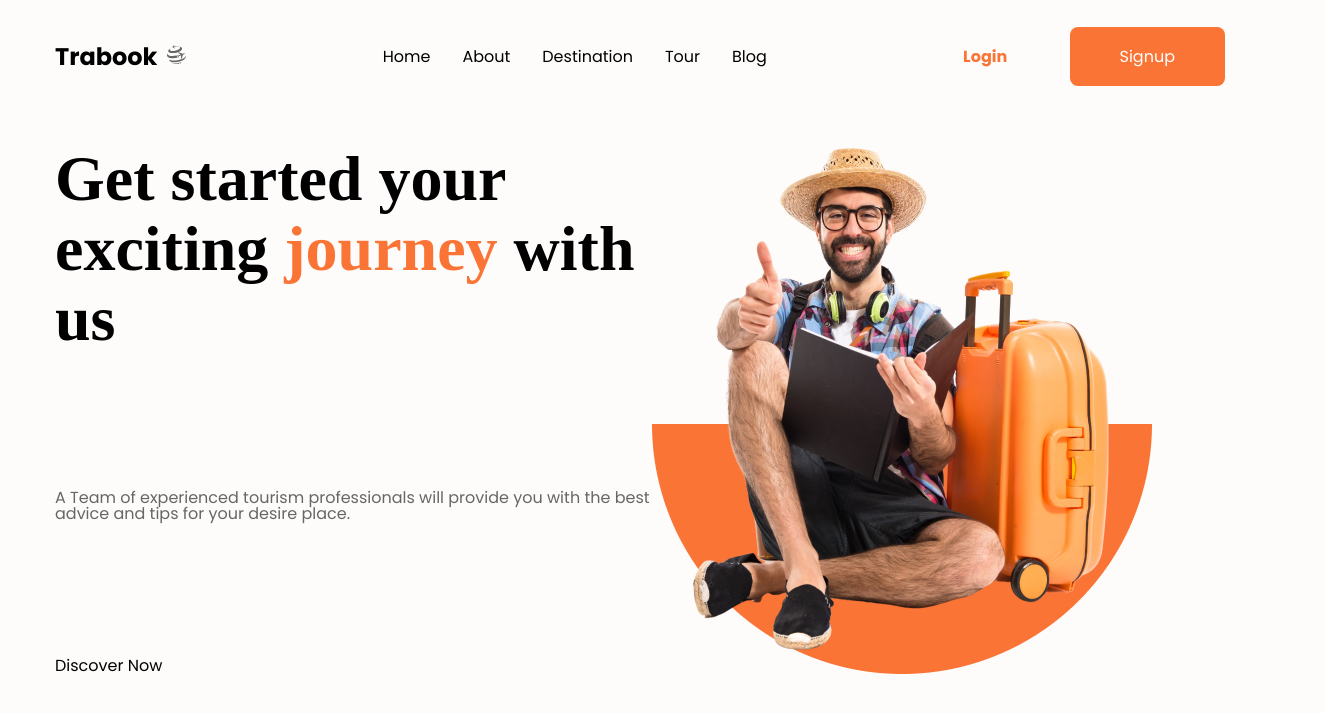
Repository: phobo99/phobo99.github.io
Page: Trabook/index.html
These files come from the project's save history. The page is drawn as it stood at one moment and after the next save; the edit follows.
The browser window is 1280 px wide. The page is 1280 px wide, then 1325 px, then 1280 px, so the pictures cover 1325 px, including what lies to the right of the window. The pictures show the whole page.
Some web libraries are served in a nearby version. The style sheet was rebuilt from its Sass, Less or Tailwind sources for each picture, by a compiler version that may differ from the author's.

Above is the page before, as saved 2022-06-18 22:16:51.

After the next save:
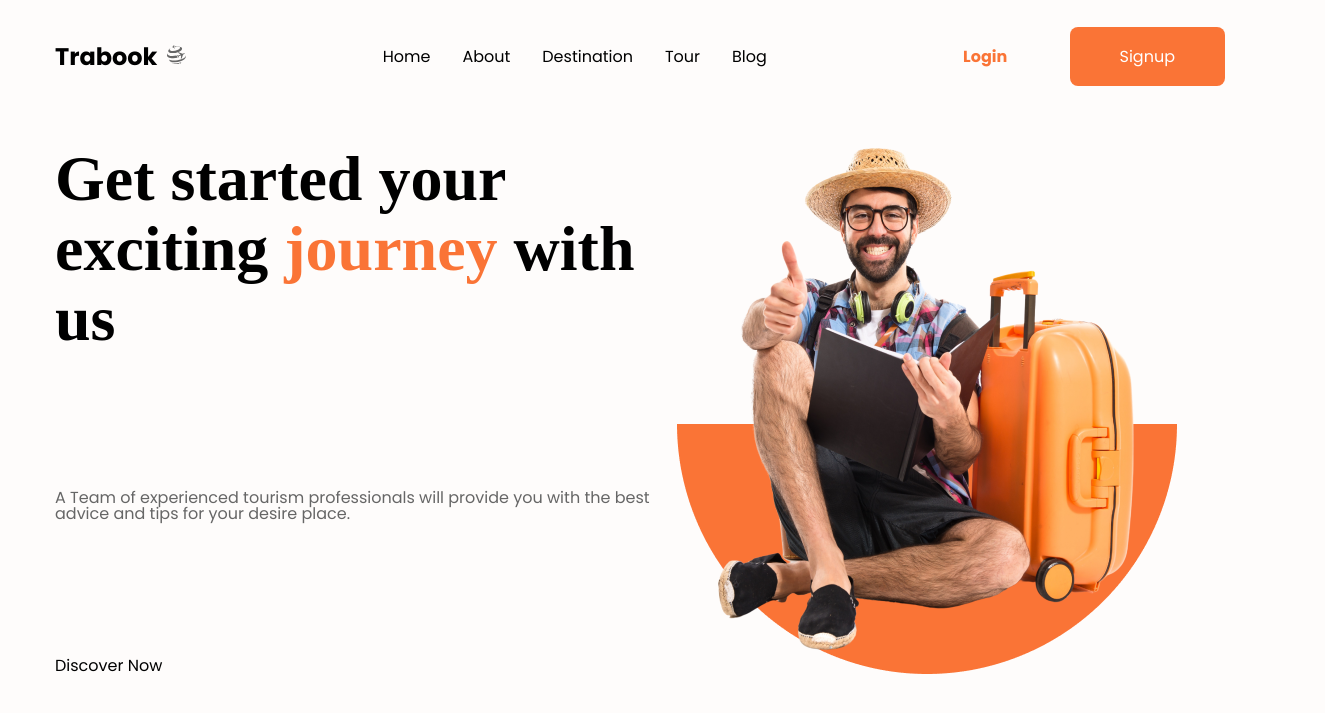
Saved 13 s later.
--- a/Trabook/style.scss
+++ b/Trabook/style.scss
@@ -116,7 +116,7 @@
       }
       .content-right {
         @include size(100%);
-        margin-right: -50px;
+        margin-right: -100px;
       }
     }
   }

After the save that followed:
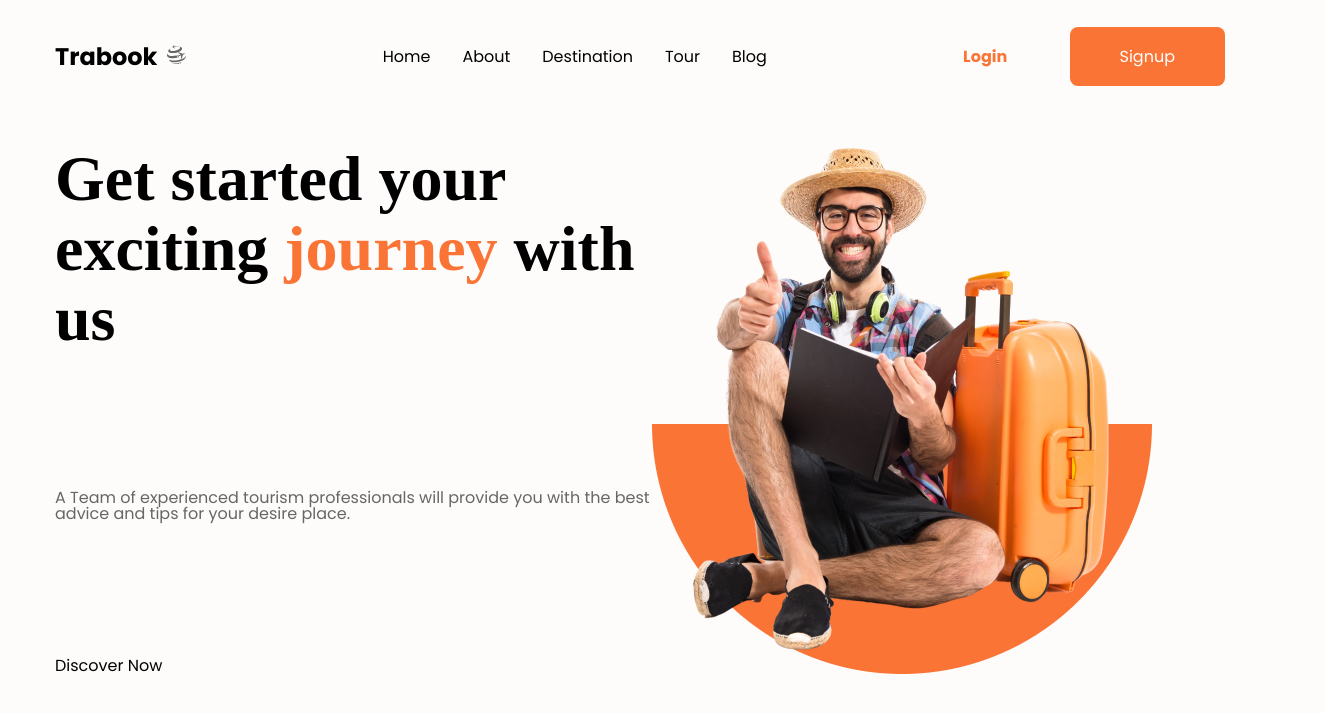
Saved 12 s later.
--- a/Trabook/style.scss
+++ b/Trabook/style.scss
@@ -116,7 +116,7 @@
       }
       .content-right {
         @include size(100%);
-        margin-right: -100px;
+        margin-right: -50px;
       }
     }
   }
